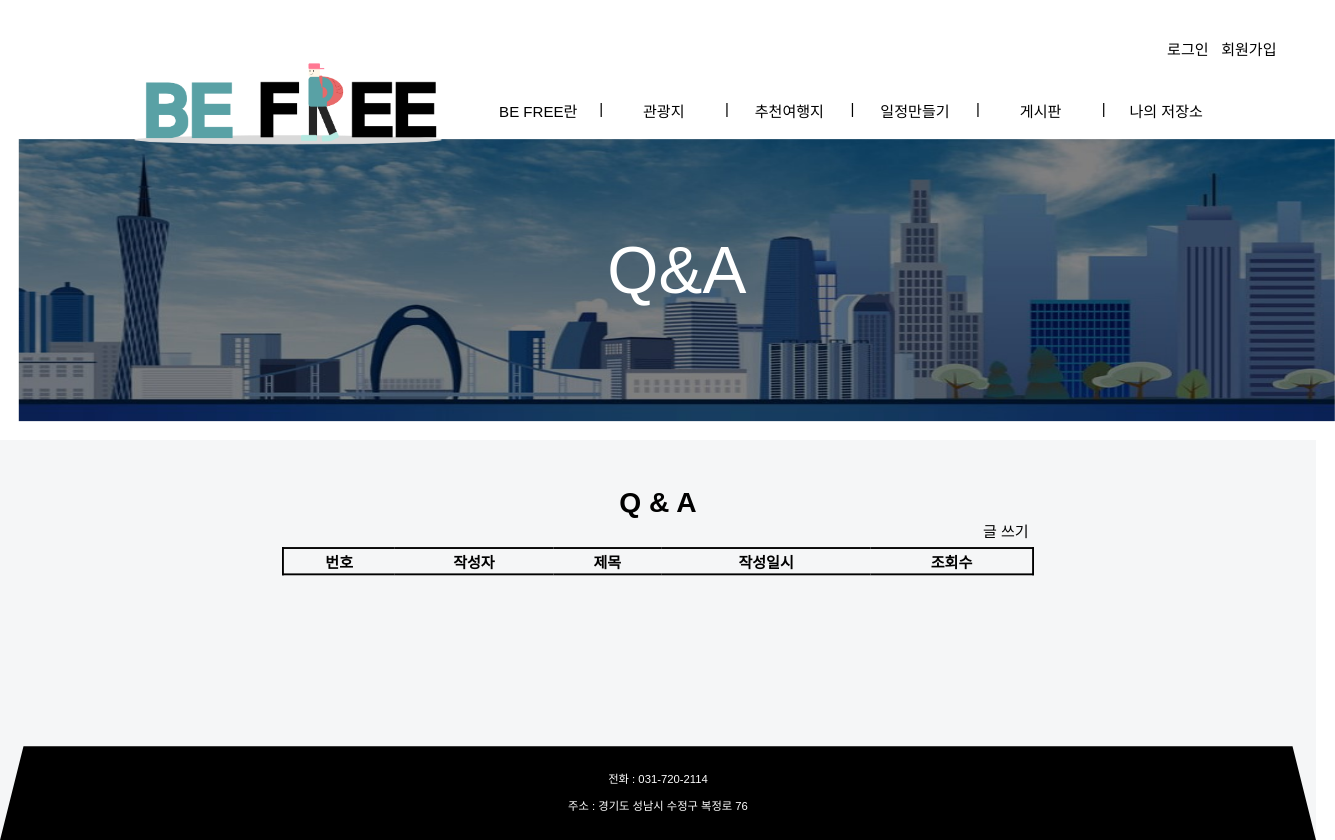
Repository: 1912087/Klavier_Piano
Page: http://localhost/notice/Q&A.jsp
These files come from the project's save history. The page is drawn as it stood at one moment and after the next save; the edit follows.
The browser window is 1280 px wide. The page is 1420 px wide, so the pictures cover 1420 px, including what lies to the right of the window. The pictures show the whole page, at 94% of full size.
Backgrounds fixed to the window are drawn as part of the page. Some web fonts or font styles are not loaded; a fallback is used. The page is served by Tomcat 9. Queries for data that is not in the repository find no rows.

Above is the page before, as saved 2021-11-10 14:42:18.

After the next save:
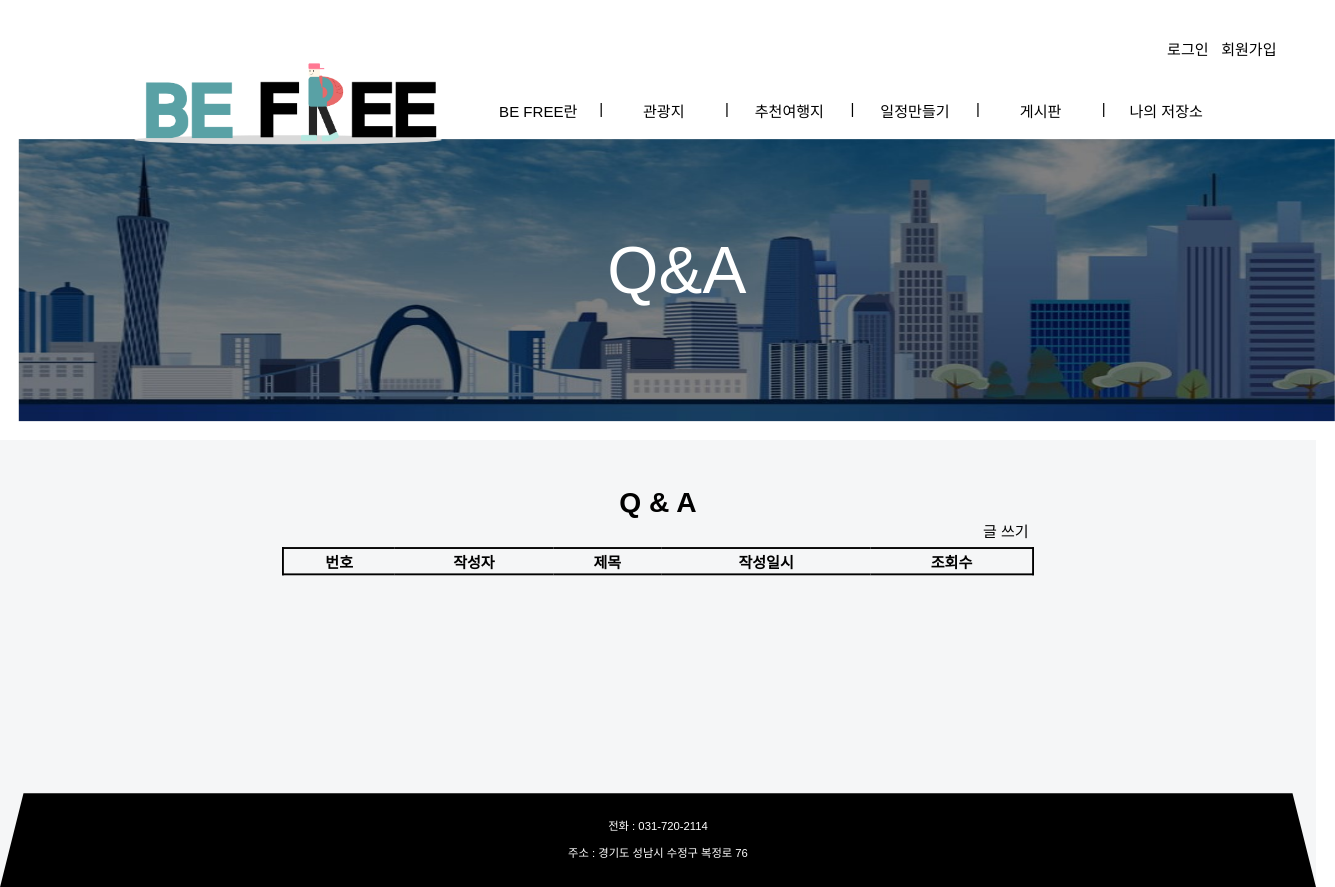
Saved 22 s later.
--- a/Notice/notice/WebContent/css/qa_design.css
+++ b/Notice/notice/WebContent/css/qa_design.css
@@ -128,7 +128,7 @@
                 color:rgb(255, 255, 255);
                 font-size: 70px;
             }
-            section{width:1400px;margin:0 auto; padding-top:50px;}
+            section{width:1400px;margin:0 auto; padding-top:50px; padding-bottom: 50px;}
             .a1{ text-align: center; font-weight: bold; font-size:30px;}
            /*.a2{background-color:gray; color:white; border-bottom: 2px solid black; padding:5px; margin-top:10px;}*/
             footer{
